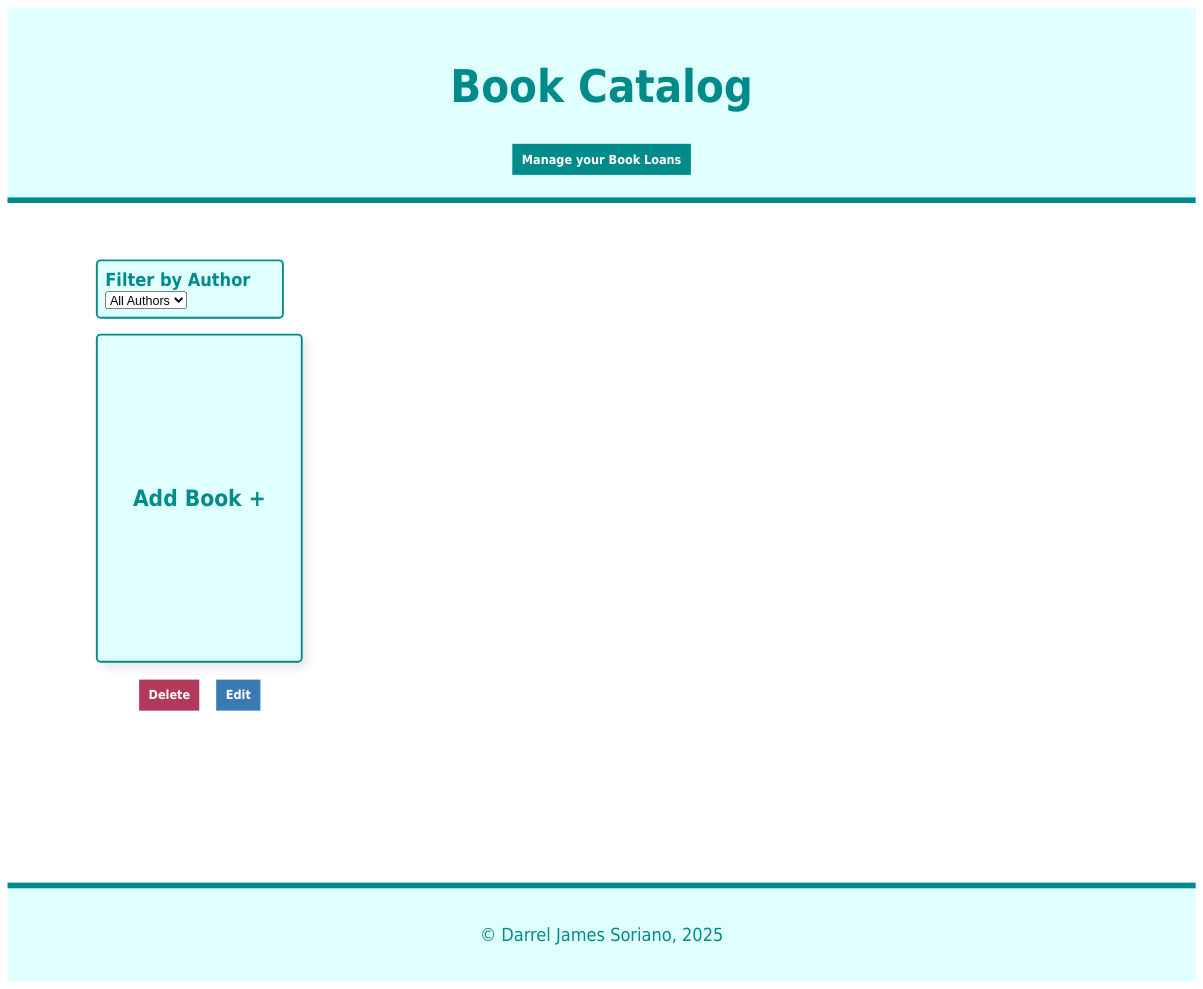
Repository: Darrel00/darrel_frontend_6
Page: / (app in darrel_frontend_6/)
The author's editor kept a copy of each file at every save. The page is drawn from the files as they stood at one save, then again after the next save.
The browser window is 1280 px wide. The pictures show the whole page, at 94% of full size.
The project was rebuilt for these pictures with package versions that can differ from the ones it lists, and the page was loaded fresh each time. Also part of the build but not shown: darrel_frontend_6/vite.config.js, darrel_frontend_6/src/Book.jsx, darrel_frontend_6/src/Modal.jsx, darrel_frontend_6/src/BookDetails.jsx, darrel_frontend_6/src/LoanManagement.jsx.

Above is the page before, as saved 2025-11-02 01:13:02.

### darrel_frontend_6/index.html
<!doctype html>
<html lang="en">
  <head>
    <meta charset="UTF-8" />
    <link rel="icon" type="image/svg+xml" href="/vite.svg" />
    <meta name="viewport" content="width=device-width, initial-scale=1.0" />
    <title>Getting Started with React</title>
  </head>
  <body>
    <div id="root"></div>
    <script type="module" src="/src/main.jsx"></script>
  </body>
</html>

### darrel_frontend_6/src/index.css
.header {
  color: darkcyan;
  font-size: 1.5em;
  font-family: tahoma, sans-serif;
  padding: 1em;
  margin-bottom: 2.5em;
  text-align: center;
  background: lightcyan;
  border-bottom: darkcyan 6px solid;
}

.addbutton {
  font-family: tahoma, sans-serif;
  font-size: 1.5em;
  width: 220px;
  height: 350px;
  min-width: 220px;
  min-height: 350px;
  max-width: 220px;
  max-height: 350px;
  box-sizing: border-box;
  padding: 1em;
  border: 2px solid darkcyan;
  border-radius: 5px;
  color: darkcyan;
  font-weight: bold;
  background-color: lightcyan;
  box-shadow: 5px 5px 10px rgba(0, 0, 0, 0.1);
  cursor: pointer;
  margin-left: 94px;
  margin-right: 40px;
}

.main-row {
  display: flex;
  align-items: flex-start;
  gap: 54px;
}

.addbutton:hover {
  background-color: darkcyan;
  color: white;
  border-color: lightcyan;
}

.add-button-container {
  justify-content: center;
  align-items: center;
}

.book {
  position: relative;
  border: 2px solid darkcyan;
  width: 200px;
  height: 315px;
  padding: 1em;
  border-radius: 5px;
  background-color: lightcyan;
  box-shadow: 5px 5px 10px rgba(0, 0, 0, 0.1);
  cursor: pointer;
}

.book-selected {
  background-color: darkcyan;
}

.book-image {
  display: block;
  margin: 0 auto;
  width: 100%;
  height: 300px;
  object-fit: cover;
  box-sizing: border-box;
  border-radius: 5px;
}

.book-list {
  display: flex;
  gap: 5em;
  justify-content: left;
  flex-wrap: wrap;
}

.title {
  font-family: tahoma, sans-serif;
  font-size: 1.2em;
  margin-top: 0.5em;
  max-width: 250px;
  color: darkcyan;
}

.filter {
  font-family: tahoma, sans-serif;
  font-weight: bold;
  font-size: 1em;
  margin-bottom: 1em;
  padding: 0.5em;
  border-radius: 5px;
  box-sizing: border-box;
  border: 2px solid darkcyan;
  width: 200px;
  color: darkcyan;
  background-color: lightcyan;
  cursor: pointer;
  margin-left: 94px;
  margin-right: 40px;
}

.filter-title {
  font-family: tahoma, sans-serif;
  font-size: 1.2em;
  margin-bottom: 0.5em;
  color: darkcyan;
}

.loan-button {
  padding: 9px 10px;
  background: darkcyan;
  border: none;
  color: #fff;
  cursor: pointer;
  user-select: none;
  font-family: tahoma, sans-serif;
  font-weight: bold;
}

.delete {
  padding: 9px 10px;
  background: #b2395b;
  border: none;
  color: #fff;
  cursor: pointer;
  user-select: none;
  font-family: tahoma, sans-serif;
  font-weight: bold;
}

.edit {
  bottom: 10;
  right: 1;
  padding: 9px 10px;
  border: none;
  background: #397ab2;
  color: #fff;
  cursor: pointer;
  font-family: tahoma, sans-serif;
  font-weight: bold;
}

.actions {
  display: flex;
  gap: 18px;
  align-items: center;
  margin-top: 18px;
  margin-left: 140px;
}

.author {
  font-family: tahoma, sans-serif;
  font-size: 1em;
  margin-top: 0.1em;
  max-width: 250px;
  color: darkcyan;
}

.price {
  font-family: tahoma, sans-serif;
  font-size: 1em;
  margin-top: 0.1em;
  max-width: 250px;
  color: darkcyan;
  font-weight: bold;
}

.url {
  font-family: tahoma, sans-serif;
  font-size: 1em;
  margin-top: 0.5em;
  color: rgb(87, 119, 236);
  text-decoration: underline;
}

.footer {
  color: darkcyan;
  font-size: 1.2em;
  font-family: tahoma, sans-serif;
  padding: 1em;
  margin-top: 9.5em;
  text-align: center;
  background-color: lightcyan;
  border-top: darkcyan 6px solid;
  align-self: flex-end;
}


.modal {
  font-family: tahoma, sans-serif;
  border: 2px solid darkcyan;
  border-radius: 5px;
  background-color: lightcyan;
  box-shadow: 5px 5px 10px rgba(0, 0, 0, 0.1);
  padding: 2em;
  width: 400px;
  max-width: 90%;
}

.category {
  font-family: tahoma, sans-serif;
  font-size: 1em;
  color: darkcyan;
  margin-top: 0.1em;
  align-items: center;
  display: flex;
  vertical-align: auto;
}

.submit-button {
  font-family: tahoma, sans-serif;
  font-size: 1em;
  padding: 0.5em 1em;
  border: none;
  border-radius: 5px;
  background-color: darkcyan;
  color: white;
  cursor: pointer;
  margin-top: 2em;
}

.input {
  width: 50%;
  padding: 0.5em;
  border: 1px solid #ccc;
  border-radius: 5px;
  box-sizing: border-box;
  margin-left: auto;
}

### darrel_frontend_6/src/App.jsx
import React, { useState } from 'react';
import Book from './Book.jsx';
import Modal from './Modal.jsx';
import BookDetails from './BookDetails.jsx';
import LoanManagement from './LoanManagement.jsx';

function App() {
  const [currentPage, setCurrentPage] = useState('main');
  const [showModal, setShowModal] = useState(false);
  const [selectedBook, setSelectedBook] = useState(null);
  const [books, setBooks] = useState([]);

  function openModal() {
    setShowModal(true);
  }

  function closeModal() {
    setShowModal(false);
  }

  function handleSelectBook(id) {
    setSelectedBook(prev => (prev === id ? null : id));
  }

  function addBook(bookData) {
    const newBook = {
      id: Date.now().toString(),
      title: bookData.title,
      author: bookData.author,
      price: '$0.00',
      image: bookData.image,
      url: '#'
    };

    setBooks(prevBooks => [...prevBooks, newBook]);
  }

  function deleteBook() {
    if (selectedBook) {
      setBooks(prevBooks => prevBooks.filter(book => book.id !== selectedBook));
      setSelectedBook(null);
    }
  }

  function editBook() {
    if (selectedBook) {
      const bookToEdit = books.find(book => book.id === selectedBook);
      if (bookToEdit) {
        const newTitle = prompt('Enter new title:', bookToEdit.title);
        const newAuthor = prompt('Enter new author:', bookToEdit.author);
        if (newTitle !== null && newAuthor !== null) {
          setBooks(prevBooks =>
            prevBooks.map(book =>
              book.id === selectedBook
                ? { ...book, title: newTitle, author: newAuthor }
                : book
            )
          );
        }
      }
    }
  }


  const [filter, setFilter] = useState('');
  const categories = [...new Set(books.map(book => book.author))];

  if (currentPage === 'loan') {
    return (
      <div className="App">
        <LoanManagement onBack={() => setCurrentPage('main')} />
      </div>
    );
  }

  return (
    <div className="App">
      <div className="header">
        <h1>Book Catalog</h1>
        <button className="loan-button" onClick={() => setCurrentPage('loan')}>Manage your Book Loans</button>
      </div>
      <div className='ui'>
      <div className="filter">
      <span className="filter-title">Filter by Author</span>
      <select value={filter} onChange={(e) => setFilter(e.target.value)}>
        <option value="">All Authors</option>
        {categories.map((category) => (
          <option key={category} value={category}>
            {category}
          </option>
        ))}
      </select>
      </div>
      </div>
      <div className="main-row">
        <div className="add-button-container">
        <button
          className="addbutton"
          onClick={openModal}
        >
          Add Book +
        </button>
        <div className="actions">
          <button onClick={deleteBook} className="delete">Delete</button>
          <button onClick={editBook} className="edit">Edit</button>
        </div>
        </div>
        <div className="book-list">
          {books.filter(book => !filter || book.author === filter).map((book) => (
            <Book
              key={book.id}
              id={book.id}
              title={book.title}
              author={book.author}
              price={book.price}
              image={book.image}
              url={book.url}
              selected={selectedBook === book.id}
              onSelect={() => handleSelectBook(book.id)}
            />
          ))}
        </div>
      </div>

      {showModal && <Modal onClose={closeModal} onAddBook={addBook} />}
      <div className="footer">
        <p>© Darrel James Soriano, 2025</p>
      </div>
    </div>
  );
}

export default App;

Loaded but not shown: darrel_frontend_6/src/main.jsx (common file)

After the next save:
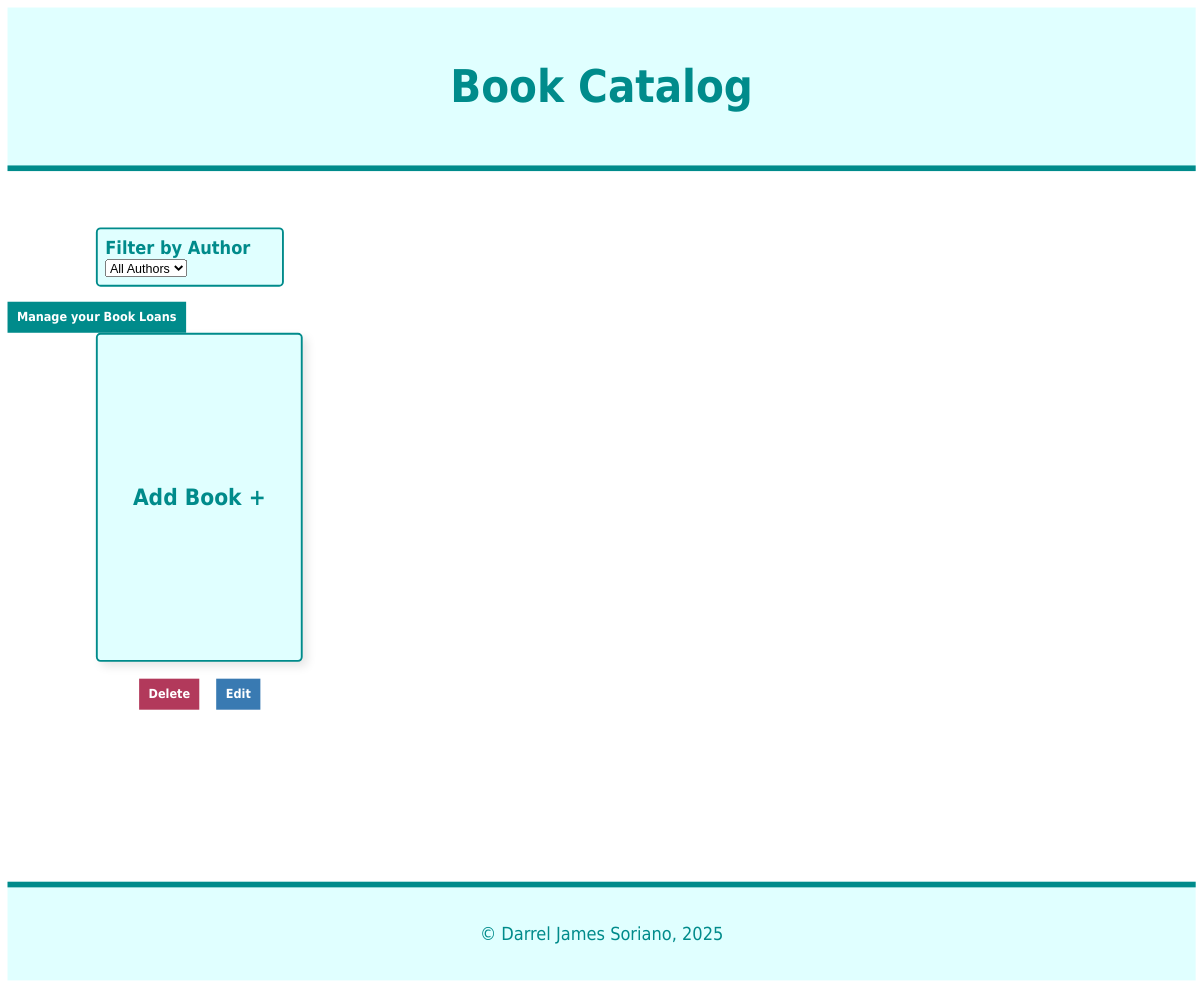
Saved 74 s later.
--- a/darrel_frontend_6/src/App.jsx
+++ b/darrel_frontend_6/src/App.jsx
@@ -77,8 +77,7 @@
     <div className="App">
       <div className="header">
         <h1>Book Catalog</h1>
-        <button className="loan-button" onClick={() => setCurrentPage('loan')}>Manage your Book Loans</button>
-      </div>
+        </div>
       <div className='ui'>
       <div className="filter">
       <span className="filter-title">Filter by Author</span>
@@ -91,6 +90,7 @@
         ))}
       </select>
       </div>
+      <button className="loan-button" onClick={() => setCurrentPage('loan')}>Manage your Book Loans</button>
       </div>
       <div className="main-row">
         <div className="add-button-container">

After the save that followed:
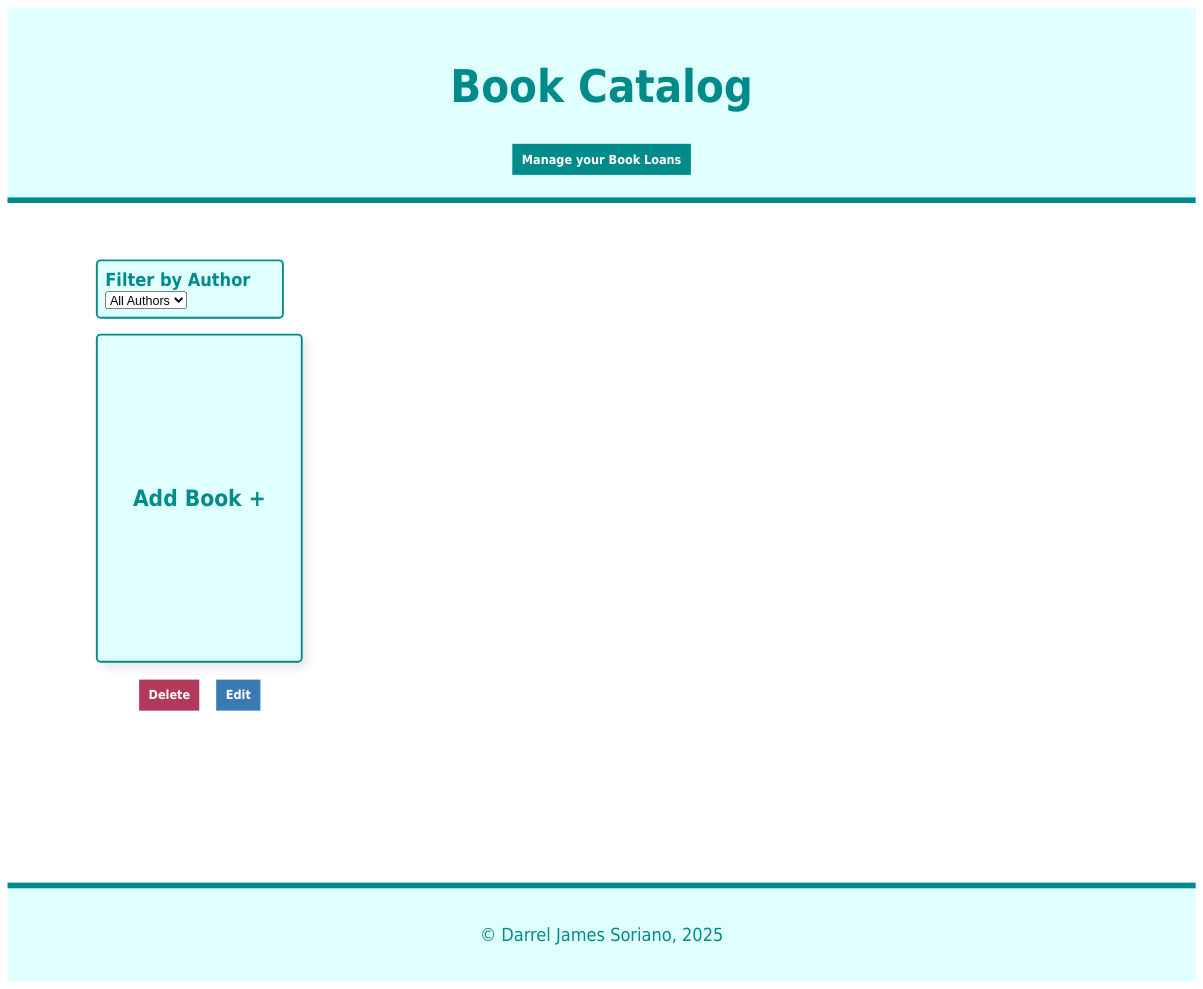
Saved 51 s later.
--- a/darrel_frontend_6/src/App.jsx
+++ b/darrel_frontend_6/src/App.jsx
@@ -77,8 +77,8 @@
     <div className="App">
       <div className="header">
         <h1>Book Catalog</h1>
-        </div>
-      <div className='ui'>
+        <button className="loan-button" onClick={() => setCurrentPage('loan')}>Manage your Book Loans</button>
+      </div>
       <div className="filter">
       <span className="filter-title">Filter by Author</span>
       <select value={filter} onChange={(e) => setFilter(e.target.value)}>
@@ -89,8 +89,6 @@
           </option>
         ))}
       </select>
-      </div>
-      <button className="loan-button" onClick={() => setCurrentPage('loan')}>Manage your Book Loans</button>
       </div>
       <div className="main-row">
         <div className="add-button-container">
